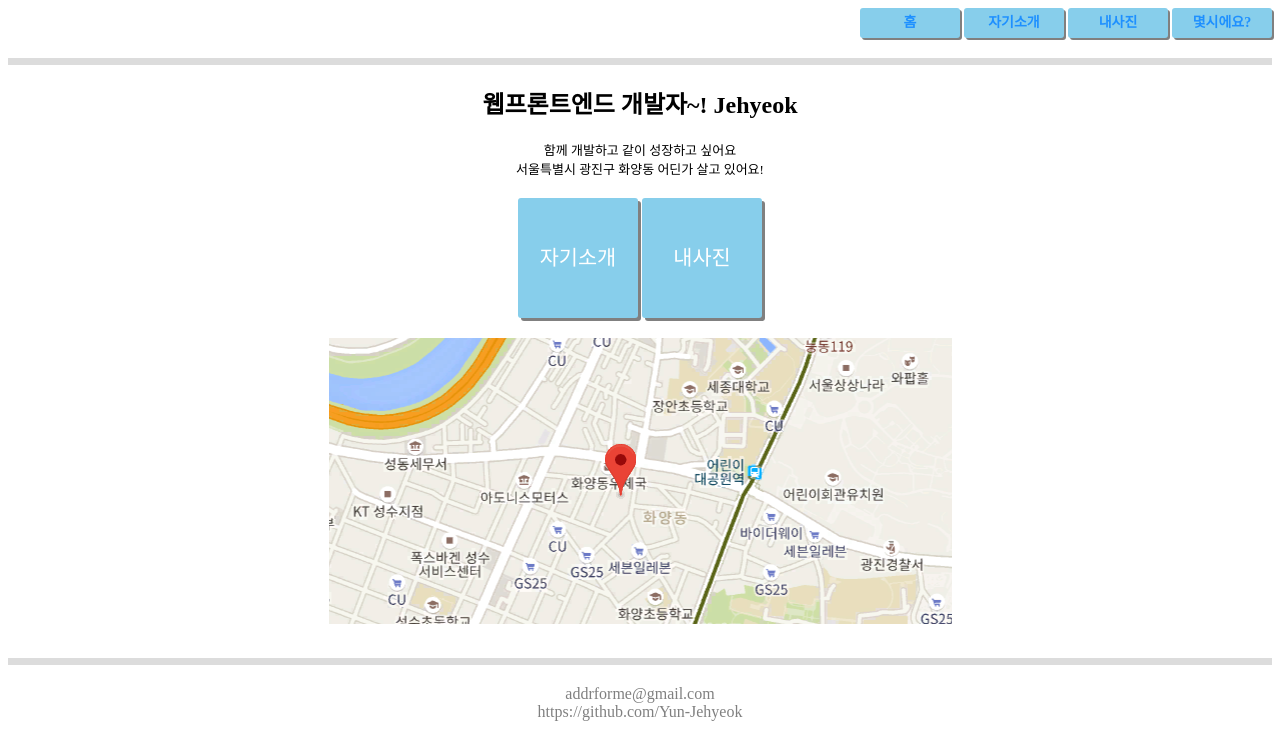
Repository: Lee-Developer-git/KnowMe
Page: aboutme/WebContent/index.html
The author's editor kept a copy of each file at every save. The page is drawn from the files as they stood at one save, then again after the next save.
The browser window is 1280 px wide. The pictures show the whole page.

Above is the page before, as saved 2020-01-04 05:07:25.

### aboutme/WebContent/index.html
<!DOCTYPE html>
<html>
    <head>
        <meta charset="utf-8">
        <style>
            * { text-align: center; }
            a { text-decoration: none; }
            li { list-style: none; }

            nav {
                float: right;
            }
            nav > li {
                display: inline-block;
                width: 100px;
                height: 30px;
                line-height: 30px;
                background-color: skyblue;
                border-radius: 3px;
                box-shadow: 2px 2px gray;
                font-size: 14px;
                margin-bottom: 20px;
            }
            nav > li > a {
                color: dodgerblue;
                font-weight: bold;
            }

            section {
                clear: right;
                border-top: 7px solid Gainsboro;
                border-bottom: 7px solid Gainsboro;
                padding-bottom: 30px;
                margin-bottom: 20px;
            }
            section > div {
                font-size: 13px;
            }
            section > div:nth-of-type(3), section > div:nth-of-type(4) {
                font-size: 1.3em;
                display: inline-block;
                width: 120px;
                height: 120px;
                line-height: 120px;
                background-color: skyblue;
                border-radius: 3px;
                box-shadow: 3px 3px gray;
                margin-top: 20px;
                margin-bottom: 20px;
            }
            section a {
                color: white;
            }

            footer > div > a {
                color: gray;
            }
        </style>
    </head>
    <body>
        <header>
            <nav>
                <li>
                    <a href="index.html">홈</a>
                </li>
                <li>
                    <a href="aboutme.html">자기소개</a>
                </li>
                <li>
                    <a href="photo.html">내사진</a>
                </li>
                <li>
                    <a href="today">몇시에요?</a>
                </li>
            </nav>
        </header>
        <section>
            <h2>웹프론트엔드 개발자~! Jehyeok</h2>
            <div>함께 개발하고 같이 성장하고 싶어요</div>
            <div>서울특별시 광진구 화양동 어딘가 살고 있어요!</div>
            <div class="introduceMe"><a href="aboutme.html">자기소개</a></div>
            <div class="myPhoto"><a href="photo.html">내사진</a></div>
            <div>
                <img src="myHouse.png" />
            </div>
        </section>
        <footer>
            <div><a href="addrforme@gmail.com">addrforme@gmail.com</a></div>
            <div><a href="https://github.com/Yun-Jehyeok">https://github.com/Yun-Jehyeok</a></div>
        </footer>
    </body>
</html>

After the next save:
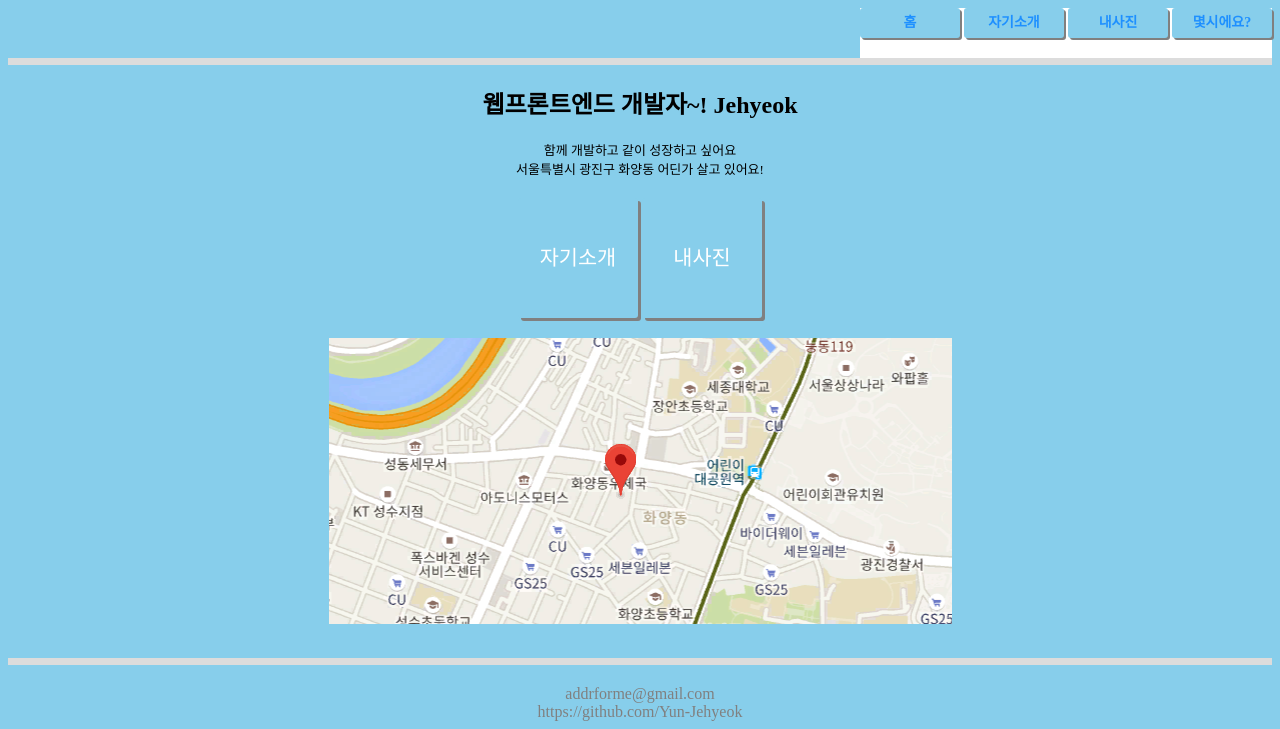
Saved 97 s later.
--- a/aboutme/WebContent/index.html
+++ b/aboutme/WebContent/index.html
@@ -3,11 +3,12 @@
     <head>
         <meta charset="utf-8">
         <style>
-            * { text-align: center; }
+            * { text-align: center; background: skyblue; }
             a { text-decoration: none; }
             li { list-style: none; }
 
             nav {
+            	background: white;
                 float: right;
             }
             nav > li {
